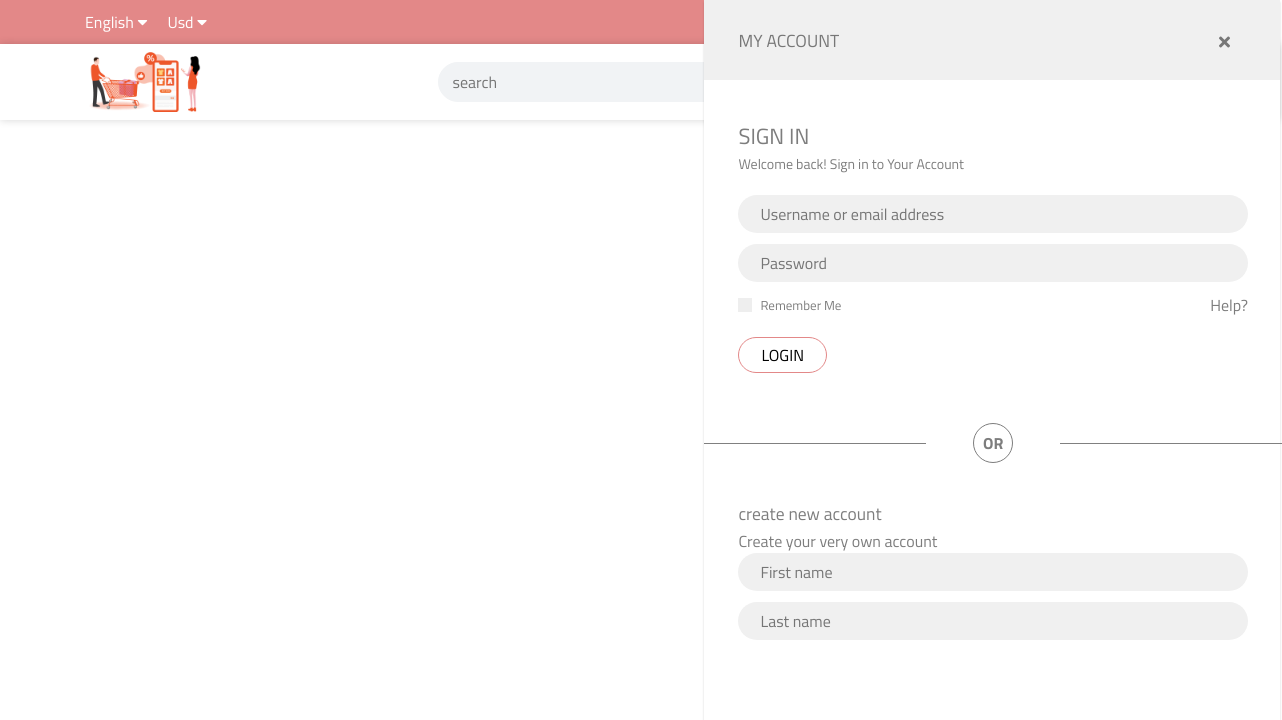
Repository: amrh20/ecommerce-temp
Page: src/index.html
These files come from the project's save history. The page is drawn as it stood at one moment and after the next save; the edit follows.
The browser window is 1280 px wide. The page is 1282 px wide, so the pictures cover 1282 px, including what lies to the right of the window. The pictures show the whole page.
The style sheet was rebuilt from its Sass, Less or Tailwind sources for each picture, by a compiler version that may differ from the author's.

Above is the page before, as saved 2020-01-19 15:11:57.

### src/index.html
<!DOCTYPE html>
<html lang="en" dir="ltr">

<head>
  <!-- Mobile specific metas===========================-->
  <meta charset="UTF-8">
  <meta name="viewport" content="width=device-width, initial-scale=1.0">
  <meta http-equiv="X-UA-Compatible" content="ie=edge">
  <!-- Basic page needs===========================-->
  <title>template</title>
  <!-- Favicon===========================-->
  <!-- <link rel="shortcut icon" type="image/x-icon" href="./images/fave-icon.png"> -->
  <!-- Css Base And Vendor ===========================-->
  <link rel="stylesheet" href="./vendors/bootstrap-4/css/bootstrap.min.css">
  <link rel="stylesheet" href="./vendors/fontawesome5.2/css/all.min.css">
  <link rel="stylesheet" href="./vendors/slickslider/slick.css">
  <!-- Site Style===========================-->
  <link rel="stylesheet" href="./styles/main.css">
  <!--[if lt IE 9]>
            <script src="https://oss.maxcdn.com/html5shiv/3.7.2/html5shiv.min.js"></script>
            <script src="https://oss.maxcdn.com/respond/1.4.2/respond.min.js"></script>
        <![endif]-->
</head>

<body>
  <div class="wrapper">
    <div class="body_overlay">
      <!-- start header -->
      <header>
        <div class="header">
          <!-- start top header -->
          <div class="top_header">
            <div class="container">
              <div class="top-header_content">
                <!-- dropdowns -->
                <div class="top_header-dropdowns">
                  <!-- start language dropdown -->
                  <div class="langauge-dropdown">
                    <div class="top_header-dropdown-head">
                      <span>english</span>
                      <i class="fas fa-caret-down"></i>
                      <div class="top_header-dropdown-content">
                        <ul>
                          <li>english</li>
                          <li>french</li>
                        </ul>
                      </div>
                    </div>

                  </div><!-- end language dropdown -->

                  <!-- start currency dropdown -->
                  <div class="currency-dropdown">
                    <div class="top_header-dropdown-head">
                      <span>usd</span>
                      <i class="fas fa-caret-down"></i>
                      <div class="top_header-dropdown-content">
                        <ul>
                          <li>egb</li>
                          <li>usd</li>
                        </ul>
                      </div>
                    </div>

                  </div><!-- end currency dropdown -->
                </div>
                <!-- contact -->
                <div class="top_header-contact">
                  <p>Call Us: 01010161601</p>
                </div>

              </div>


            </div>
          </div><!-- end top header -->
          <!-- start middle haeder -->
          <div class="mid_header">
            <div class="container">
              <div class="mid_header-content">
                <!-- logo -->
                <div class="logo">
                  <img src="./images/logo.png" alt="logo">
                </div>
                <!-- search -->
                <div class="search">
                  <input type="text" placeholder="search">
                  <i class="fas fa-search"></i>
                </div>
                <!-- icons -->
                <div class="icons">
                  <!-- shopping cart view -->
                  <div class="shopping-cart">
                    <div class="icon_head cart-icon_head">
                      <i class="fas fa-shopping-cart"></i>
                       <!-- numbers view -->
                       <div class="overlay_nummbers">
                         3
                       </div>
                    </div>
                  <!-- satrt content -->
                    <div class="shopping-cart_content custom_content">
                      <div class="shopping-cart_details custom_details">
                        <div class="shopping-cart_row custom_row">
                          <div class="product_img">
                            <img src="./images/product-cart.png" alt="">
                          </div>
                          <div class="product_details">
                            <p class="product_name">Marvelous Modern 3 Seater</p>
                            <p class="product_price"> 599,00 <span>egb</span> </p>
                            <p>Qty: <span>1</span></p>
                          </div>
                          <div class="delete_product">
                            <i class="fa fa-times"></i>
                          </div>
                        </div>
                        <div class="shopping-cart_row custom_row">
                          <div class="product_img">
                            <img src="./images/product-cart.png" alt="">
                          </div>
                          <div class="product_details">
                            <p class="product_name">Marvelous Modern 3 Seater</p>
                            <p class="product_price"> 599,00 <span>egb</span> </p>
                            <p>Qty: <span>1</span></p>
                          </div>
                          <div class="delete_product">
                            <i class="fa fa-times"></i>
                          </div>
                        </div>
                        <div class="shopping-cart_row custom_row">
                          <div class="product_img">
                            <img src="./images/product-cart.png" alt="">
                          </div>
                          <div class="product_details">
                            <p class="product_name">Marvelous Modern 3 Seater</p>
                            <p class="product_price"> 599,00 <span>egb</span> </p>
                            <p>Qty: <span>1</span></p>
                          </div>
                          <div class="delete_product">
                            <i class="fa fa-times"></i>
                          </div>
                        </div>
                      </div>
                   <!-- triangle view -->
                      <div class="custom-overlay">
                      </div>

                      <div class="total_price">
                        <span>sub total</span>
                        <span>800,00 egb</span>
                      </div>
                      <div class="cart_btns">
                        <button class="temp_button">view cart</button>
                        <button class="temp_button checkout_btn">checkout</button>
                      </div>
                    </div>

                  </div>
                   <!-- wishlist view -->
                  <div class="wishlist-view">
                    <div class="icon_head wishlist-icon_head">
                      <i class="far fa-heart"></i>
                      <div class="overlay_nummbers">
                        3
                      </div>
                    </div>
                    <div class="wishlist-view_content custom_content">
                      <div class="wishlist-view_details custom_detaiLs">
                        <div class="wishlist-view_row custom_row">
                          <div class="product-details">
                            <p class="product_name">Woman Ring</p>
                            <p class="product_price"> <span>1</span> x 1000,00 egb</p>
                          </div>
                          <div class="product_img">
                            <img src="./images/wishlist_product.jpg" alt="wishlist_product">
                            <i class="fa fa-times"></i>
                          </div>
                        </div>
                        <div class="wishlist-view_row custom_row">
                          <div class="product-details">
                            <p class="product_name">Woman Ring</p>
                            <p class="product_price"> <span>1</span> x 1000,00 egb</p>
                          </div>
                          <div class="product_img">
                            <img src="./images/wishlist_product.jpg" alt="wishlist_product">
                            <i class="fa fa-times"></i>
                          </div>
                        </div>
                        <div class="wishlist-view_row custom_row">
                          <div class="product-details">
                            <p class="product_name">Woman Ring</p>
                            <p class="product_price"> <span>1</span> x 1000,00 egb</p>
                          </div>
                          <div class="product_img">
                            <img src="./images/wishlist_product.jpg" alt="wishlist_product">
                            <i class="fa fa-times"></i>
                          </div>
                        </div>
                        <div class="wishlist-view_row custom_row">
                          <div class="product-details">
                            <p class="product_name">Woman Ring</p>
                            <p class="product_price"> <span>1</span> x 1000,00 egb</p>
                          </div>
                          <div class="product_img">
                            <img src="./images/wishlist_product.jpg" alt="wishlist_product">
                            <i class="fa fa-times"></i>
                          </div>
                        </div>
                      </div>
                      <div class="custom-overlay">
                      </div>
                      <div class="wishlist_btn">
                        <button class="temp_button ">view wishlist</button>
                      </div>
                    </div>

                  </div>
                  <!-- compare view -->
                  <div class="compare-view">
                    <div class="icon_head compare-icon_head">
                      <i class="fa fa-random"></i>
                      <div class="overlay_nummbers">
                        3
                      </div>
                    </div>
                    <div class="compare-view_content custom_content">
                      <div class="compare-view_details custom_detaiLs">
                        <div class="compare-view_col">
                          <img src="./images/compareproduct.jpg" alt="compareproduct">
                          <p class="product_name">Marvelous Modern 3 Seater</p>
                           <p><span>3</span> x 1000,00 egb</p>
                        </div>
                        <div class="compare-view_col">
                          <img src="./images/compareproduct.jpg" alt="compareproduct">
                          <p class="product_name">Marvelous Modern 3 Seater</p>
                           <p><span>3</span> x 1000,00 egb</p>
                        </div>
                        <div class="compare-view_col">
                          <img src="./images/compareproduct.jpg" alt="compareproduct">
                          <p class="product_name">Marvelous Modern 3 Seater</p>
                           <p><span>3</span> x 1000,00 egb</p>
                        </div>
                        <div class="compare-view_col">
                          <img src="./images/compareproduct.jpg" alt="compareproduct">
                          <p class="product_name">Marvelous Modern 3 Seater</p>
                           <p><span>3</span> x 1000,00 egb</p>
                        </div>
                      </div>
                      <div class="custom-overlay">
                      </div>
                      <div class="compare_btn">
                        <button class="temp_button ">view compare</button>
                      </div>
                    </div>
                  </div>
                  <div class="icon">
                    <i class="far fa-user"></i>
                  </div>

                </div>
              </div>
            </div>
          </div>
          <!-- end middle haeder -->
        </div>
      </header><!-- end header -->

      <!-- accounts view -->
      <div class="accounts_view">
          <div class="accounts_view-title">
            <h3>my account</h3>
            <span><i class="fa fa-times"></i></span>
          </div>
          <div class="accounts_view-content">
            <!-- sign in section  -->
            <div class="sign_in">
              <div class="sign_in-title">
                <h4>sign in</h4>
                <p>Welcome back! Sign in to Your Account</p>
              </div>
              <div class="sign_in-iputs">
                <input type="text" placeholder="Username or email address">
                <input type="text" placeholder="Password">
              </div>
              <div class="sign_in-remember">
                <label class="test">remember me
                  <input type="checkbox">
                  <span class="checkmark"></span>
                </label>
                <a>help?</a>
              </div>
              <div class="sign_in-btn">
                <button class="temp_button">login</button>
              </div>
            </div>
            <!-- or -->
            <div class="or">
              <span>or</span>
            </div>
            <!-- sign up -->
            <div class="signup">
              <div class="signup-title">
                <h3>create new account</h3>
                <p>Create your very own account</p>
              </div>
              <div class="signup-inputs">
                <input type="text" placeholder="First name">
                <input type="text" placeholder="Last name">
                <!-- <input type="email" placeholder="Email"> -->
                <!-- <input type="password" placeholder="Password"> -->
              </div>
            </div>
          </div>
      </div>
    </div>
  </div>

  </div>
  <!--Scripts Plugins========================-->
  <script src="./vendors/jquery/jquery-3.3.1.min.js"></script>
  <script src="./vendors/bootstrap-4/js/bootstrap.min.js"></script>
  <!-- Custom js ====================-->
  <script src="scripts/app.js"></script>
</body>

</html>

### src/styles/main.scss
/* imports sass files
========================*/
@import "../styles/variables.scss";
@import "../styles/buttons.scss";
@import "../styles/forms.scss";
@import "../styles/header.scss";
@import "../styles/base.scss";
@import "../styles/general.scss";

### src/styles/variables.scss
/* our sass varaibles
========================*/
$main-color :#e38888;
$second-color :#222222;
$icons-color :#828282;
$white: #fff;
$black : #000;
$top-header-hover :#e5e5e5;

### src/styles/buttons.scss
@import "../styles/variables.scss";

/* Buttons
==================================*/

### src/styles/forms.scss
@import "../styles/variables.scss";

/* forms
==============================*/
.form-control {
  height: 5rem;
  border: 2px solid transparent;
  border-radius: 1rem;
  box-shadow: 0 4px 10px -2px rgba(126, 173, 225, .5);
  font-size: 1.6rem;
  transition: all .3s ease-in-out;
  padding-left: 15px;

  &:focus {
    outline: none;
    box-shadow: 0 4px 10px -2px rgba(126, 173, 225, .5);
  }

  &::-webkit-input-placeholder {
    color: #7e7e7e;
    text-transform: capitalize;
    font-size: 1.4rem;
  }

  &.remove-default::-webkit-inner-spin-button,
  &.remove-default::-webkit-outer-spin-button,
  &.remove-default,
  &[type=date]::-webkit-inner-spin-button,
  &[type=date]::-webkit-outer-spin-button {
    -webkit-appearance: none;
    -moz-appearance: none;
    margin: 0;
  }

  &.remove-default::-webkit-inner-spin-button,
  &.remove-default::-webkit-outer-spin-button,
  &.remove-default,
  &[type=date] {
    -moz-appearance: textfield;
  }

}

textarea {
  height: auto;
  resize: none;
  width: 100%;
  border: 2px solid transparent;
  border-radius: 1rem;
  box-shadow: 0 4px 10px -2px rgba(126, 173, 225, .5);
  font-size: 1.6rem;
  transition: all .3s ease-in-out;
  padding: 15px;

  &:focus {
    outline: none;
    box-shadow: 0 4px 10px -2px rgba(126, 173, 225, .5);
  }
}

/*check-radio-item*/
.zvendo-check-item {
  margin-bottom: 1.5rem;
  text-align: start;

  &:last-of-type label {
    margin-left: 0;
  }

  input[type="radio"],
  input[type="checkbox"] {
    display: none;
  }

  input[type="radio"]+label,
  input[type="checkbox"]+label {
    position: relative;
    display: block;
    margin-bottom: 0;
    font-size: 1.42rem;
    text-transform: capitalize;
    color: #333232;
    cursor: pointer;
    padding-inline-start: 4rem;
  }

  input[type="radio"]+label::before,
  input[type="checkbox"]+label::before {
    position: absolute;
    content: "";
    font-family: 'Font Awesome 5 Free';
    font-weight: 900;
    display: flex;
    align-items: center;
    justify-content: center;
    font-size: 2rem;
    width: 3rem;
    height: 3rem;
    top: .5rem;
    left: 0;
    background-color: transparent;
    border: 2px solid $main-color;
    border-radius: .9rem;

    [dir="rtl"] & {
      left: auto;
      right: 0;
    }
  }

  input[type="radio"]:checked+label,
  input[type="checkbox"]:checked+label {
    color: $main-color;
  }

  input[type="radio"]:checked+label::before,
  input[type="checkbox"]:checked+label::before {
    font-family: "Font Awesome 5 Free";
    content: "\f00c";
    background-color: transparent;
    color: $main-color;
  }
}

### src/styles/base.scss
@import "../styles/variables.scss";

/* General elements
======================*/
*,p {
  margin: 0;
  padding: 0;
}
*,
*:focus {
  outline: none !important;
}

.highlightClass {
  color: $main-color;
}
/*import fonts
========================*/
@import url('https://fonts.googleapis.com/css?family=Ubuntu:400,700');

@font-face {
  font-family: Cairo;
  font-style: normal;
  src: local('Cairo Regular'), local('Cairo-Regular'), url("../fonts/Cairo/Cairo-Regular.ttf");
  font-display: swap;
  font-weight: 400;
}
@font-face {
  font-family: Cairo;
  font-style: normal;
  src: local('Cairo Cairo-SemiBold'), local('Cairo-Cairo-SemiBold'), url("../fonts/Cairo/Cairo-SemiBold.ttf");
  font-display: swap;
  font-weight: 600;
}
@font-face {
  font-family: Cairo;
  font-style: normal;
  src: local('Cairo Bold'), local('Cairo-Bold'), url("../fonts/Cairo/Cairo-Bold.ttf");
  font-display: swap;
  font-weight: 700;
}
/*body-layout
========================*/
html {
  font-size: 62.5%;
  overflow-x: hidden;
}
body {
  font-family: 'Cairo',  sans-serif;
  font-size: 1.6rem;

  [dir=rtl] & {
    direction: rtl;
    text-align: right;
  }
}

.wrapper {
  position: relative;
  width: 100%;
}
/* Links
==================*/
a {
  color: inherit;
  &:hover,
  &:focus {
    text-decoration: none;
    transition: all .3s ease-in-out;
    color: inherit;
  }
}
/* Images
============================*/
img {
  // display: block;
  max-width: 100%;
  height: auto;
}

// list items
ul {
  list-style: none;
  margin: 0;
}

/* inputs
============================*/

### src/styles/general.scss
@import "../styles/variables.scss";

label {
    margin: 0;
}
// buttons
.temp_button {
    color: $black;
    padding: 5px 22px;
    border-radius: 18px;
    vertical-align: top;
    display: inline-block;
    background: transparent;
    border: 1px solid $main-color;
    text-transform: uppercase;
    cursor: pointer;
    transition: all .3s ease-in-out;
    &:hover {
        background-color: $main-color;
        color: $white;
    }
}

Loaded but not shown: src/vendors/bootstrap-4/css/bootstrap.min.css (library); src/vendors/fontawesome5.2/css/all.min.css (library); src/vendors/slickslider/slick.css (common file); src/vendors/jquery/jquery-3.3.1.min.js (library); src/vendors/bootstrap-4/js/bootstrap.min.js (library); src/scripts/app.js (42 lines, source omitted); src/styles/header.scss (571 lines, source omitted)

After the next save:
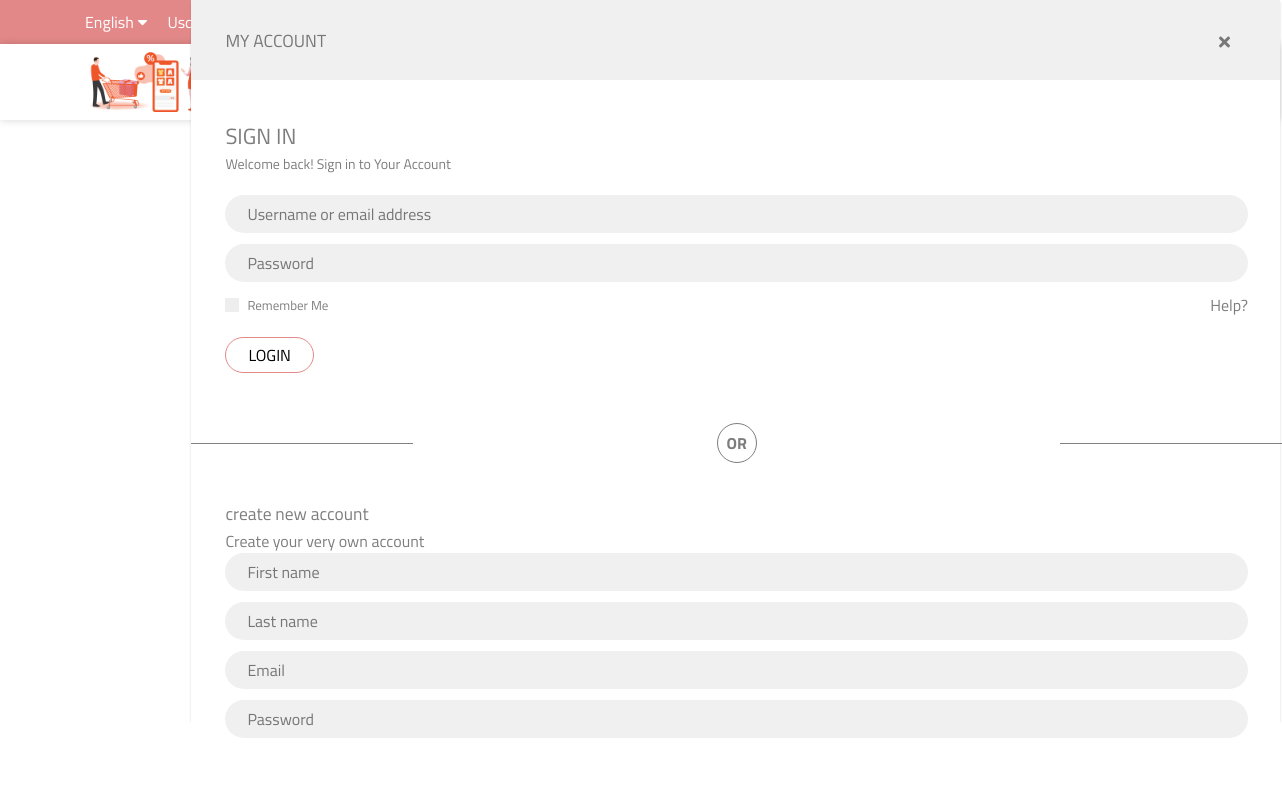
Saved 12 s later.
--- a/src/index.html
+++ b/src/index.html
@@ -306,8 +306,8 @@
               <div class="signup-inputs">
                 <input type="text" placeholder="First name">
                 <input type="text" placeholder="Last name">
-                <!-- <input type="email" placeholder="Email"> -->
-                <!-- <input type="password" placeholder="Password"> -->
+                <input type="email" placeholder="Email">
+                <input type="password" placeholder="Password">
               </div>
             </div>
           </div>
